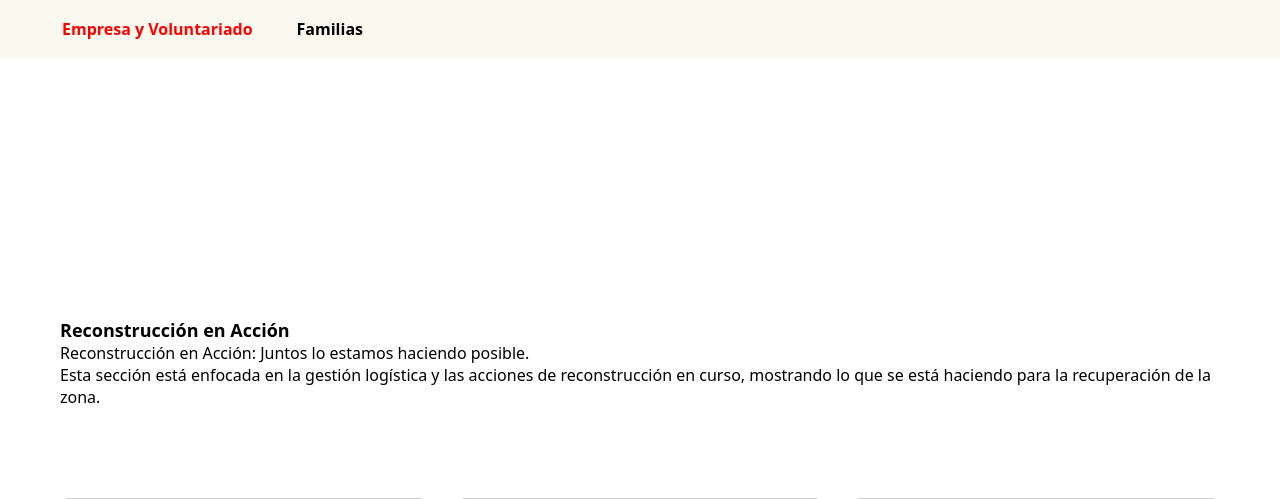
Repository: Synergy-club/reconstruction
Page: /
The author's editor kept a copy of each file at every save. The page is drawn from the files as they stood at one save, then again after the next save.
The browser window is 1280 px wide. The pictures show the part of the page from y = 0 to 499 px (the page is 1676 px tall).
Pictures or frames that could not be fetched are drawn as grey boxes. The project was rebuilt for these pictures with package versions that can differ from the ones it lists, and the page was loaded fresh each time. Also part of the build but not shown: vite.config.js, src/views/Families/utils/families.js, src/views/Families/Families.jsx.

Above is the page before, as saved 2024-12-10 03:45:14.

After the next save:
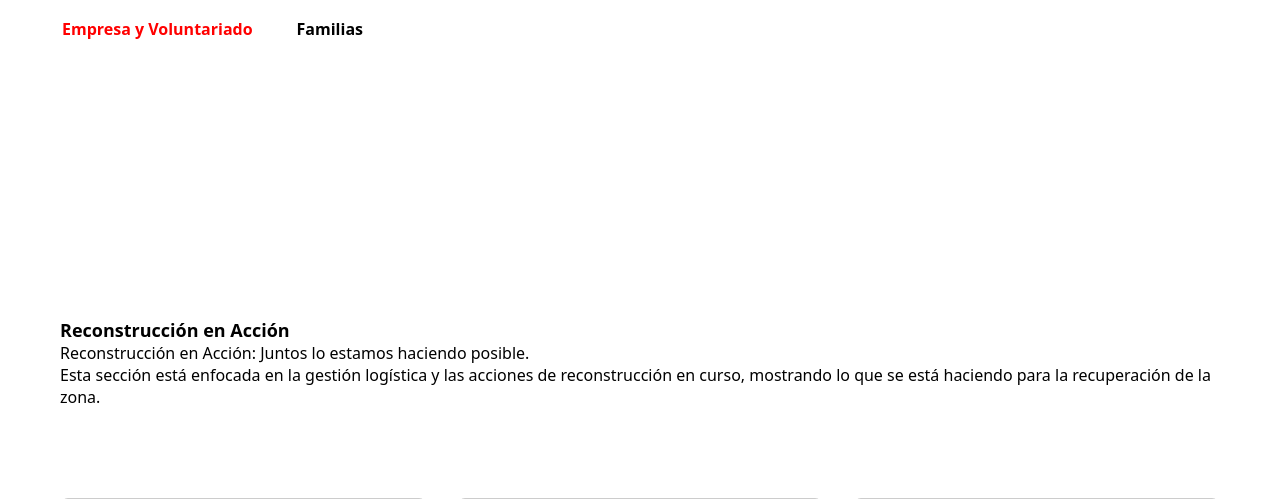
Saved 16 s later.
--- a/src/components/Nav/Nav.css
+++ b/src/components/Nav/Nav.css
@@ -1,7 +1,6 @@
 .nav__container{
   width:100%;
   padding: 10px 50px;
-  background-color: var(--sci-light-cream);
   display: flex;
   justify-content: start;
   align-items: center;
